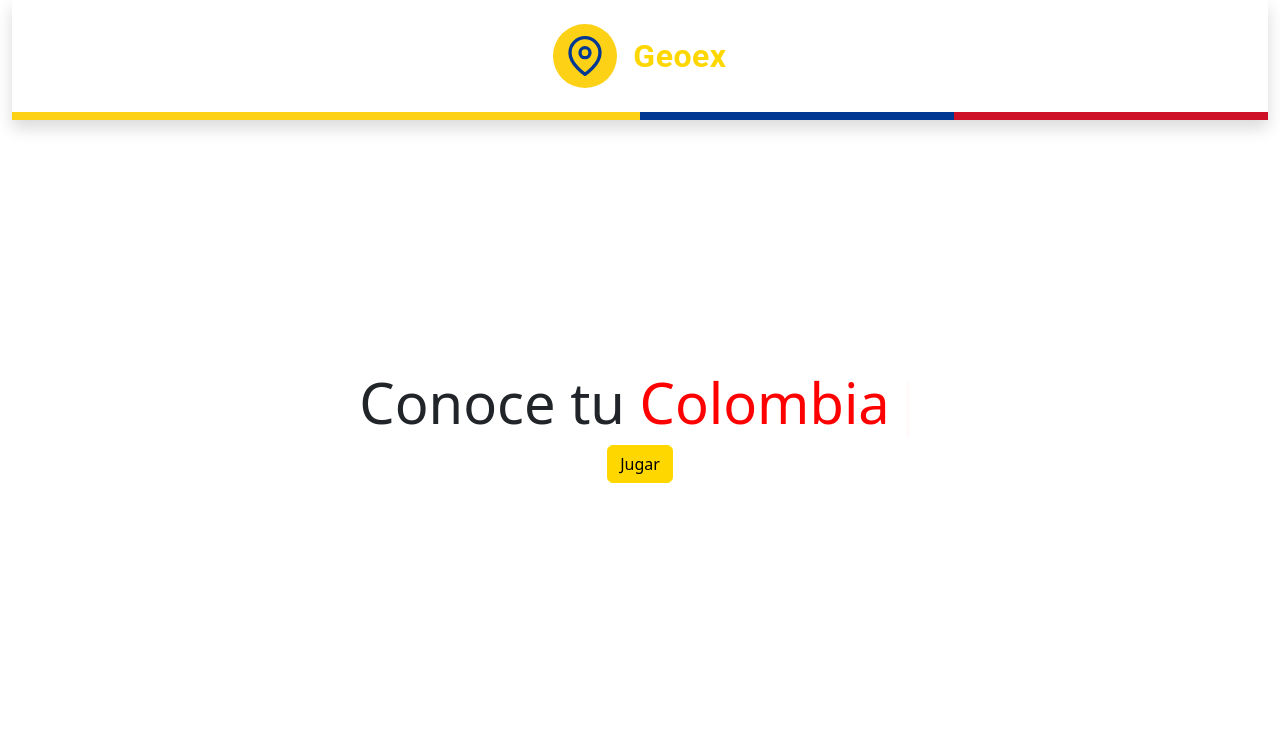
Repository: AngelPalaciosN/GeoEx-colombia
Page: / (app in geoex-colombia/)
The author's editor kept a copy of each file at every save. The page is drawn from the files as they stood at one save, then again after the next save.
The browser window is 1280 px wide. The pictures show the whole page.
The project was rebuilt for these pictures with package versions that can differ from the ones it lists, and the page was loaded fresh each time. Also part of the build but not shown: geoex-colombia/src/scss/mapa.scss, geoex-colombia/src/components/modules/mapa.jsx.

Above is the page before, as saved 2024-10-10 17:24:46.

### geoex-colombia/public/index.html
<!DOCTYPE html>
<html lang="en">
  <head>
    <meta charset="utf-8" />
    <meta name="viewport" content="width=device-width, initial-scale=1" />
    <meta
      name="description"
      content="Web site created using create-react-app"
    />
    <link rel="apple-touch-icon" href="%PUBLIC_URL%/logo192.png" />
    <!--
      manifest.json provides metadata used when your web app is installed on a
      user's mobile device or desktop. See https://developers.google.com/web/fundamentals/web-app-manifest/
    -->
    <link rel="manifest" href="%PUBLIC_URL%/manifest.json" />
    <!--
      Notice the use of %PUBLIC_URL% in the tags above.
      It will be replaced with the URL of the `public` folder during the build.
      Only files inside the `public` folder can be referenced from the HTML.

      Unlike "/favicon.ico" or "favicon.ico", "%PUBLIC_URL%/favicon.ico" will
      work correctly both with client-side routing and a non-root public URL.
      Learn how to configure a non-root public URL by running `npm run build`.
    -->
    <title>GeoEx-Colombia</title>
  </head>
  <body>
    <noscript>You need to enable JavaScript to run this app.</noscript>
    <div id="root"></div>
    <!--
      This HTML file is a template.
      If you open it directly in the browser, you will see an empty page.

      You can add webfonts, meta tags, or analytics to this file.
      The build step will place the bundled scripts into the <body> tag.

      To begin the development, run `npm start` or `yarn start`.
      To create a production bundle, use `npm run build` or `yarn build`.
    -->
  </body>
</html>

### geoex-colombia/src/index.js
import React from 'react';
import ReactDOM from 'react-dom/client';
import 'bootstrap/dist/js/bootstrap.bundle.min';
import './scss/style.scss';
import App from './App';


const root = ReactDOM.createRoot(document.getElementById('root'));
root.render(
  <React.StrictMode>
    <App />
  </React.StrictMode>
);

### geoex-colombia/src/scss/style.scss
$primary: #FFD700;
$secondary: #0033A0;
$danger: #CE1126;

@import "~bootstrap/scss/bootstrap";
@import 'responsive';

### geoex-colombia/src/App.js
import React from 'react';
import { BrowserRouter as Router, Routes, Route, Navigate } from 'react-router-dom';
import Home from './components/Home';

function App() {
  return (
    <Router>
      <Routes>
        <Route path="/Inicio" element={<Home />} />
        <Route path="*" element={<Navigate to="/Inicio" />} />
      </Routes>
    </Router>
  );
}

export default App;

### geoex-colombia/src/scss/_responsive.scss
$scroll-o: $primary;
$scroll-i: $secondary;
body{
    display: grid;
    padding: 0;
    margin: 0;
    box-sizing: border-box;
    grid-template-columns: repeat(1, 2fr);
    grid-template-rows: repeat(1, 2fr);

    &::-webkit-scrollbar{
      width: 0.5rem;
    }
    &::-webkit-scrollbar-track {
      background: $scroll-i;
  }
    &::-webkit-scrollbar-thumb{
      background-color: $scroll-o;
      border-radius: 0.5rem;
    }
  }


  section {
    display: flex;
    align-items: center;
    justify-content: space-between;
    text-align: center;
    flex-wrap: wrap;
    margin: auto;
    height: 85vh;
  }

### geoex-colombia/src/components/Home.jsx
import React from 'react';
import Header from './modules/Header';
import Sec1 from './modules/Sec1';

function Home() {
  return (
    <div class="container-fluid">
      <Header />
      <Sec1 />
    </div>
  );
}

export default Home;

### geoex-colombia/src/components/modules/Header.jsx
import React from 'react';
import '../../scss/header.scss';

function Header() {
  return (
    <header id='con' className="bg-white shadow" style={{ fontFamily: "'Roboto', sans-serif" }}>
      <div className="container py-4">
        <div className="row justify-content-center align-items-center">
          <div className="col-auto d-flex align-items-center">
            <div className="rounded-circle d-flex justify-content-center align-items-center" style={{ width: '64px', height: '64px', backgroundColor: '#FCD116' }}>
              <svg
                xmlns="http://www.w3.org/2000/svg"
                viewBox="0 0 24 24"
                fill="none"
                stroke="#003893"
                strokeWidth="2"
                strokeLinecap="round"
                strokeLinejoin="round"
                style={{ width: '40px', height: '40px' }}
              >
                <path d="M21 10c0 7-9 13-9 13s-9-6-9-13a9 9 0 0 1 18 0z" />
                <circle cx="12" cy="10" r="3" />
              </svg>
            </div>
            <span className="h2 mb-0 ms-3 fw-bold text-primary" style={{ letterSpacing: '0.5px' }}>Geoex</span>
          </div>
        </div>
      </div>
      <div className="d-flex" style={{ height: '8px' }}>
        <div className="w-50" style={{ backgroundColor: '#FCD116' }}></div>
        <div className="w-25" style={{ backgroundColor: '#003893' }}></div>
        <div className="w-25" style={{ backgroundColor: '#CE1126' }}></div>
      </div>
    </header>
      );
}

export default Header;

### geoex-colombia/src/components/modules/Sec1.jsx
import React from 'react';
import { useTypewriter, Cursor } from 'react-simple-typewriter';
import Mapa from './mapa';
import '../../scss/mapa.scss'

function Sec1() {
  const [isMapV, setMapV] = React.useState(false);

  const handleOpenMap = () => {
    setMapV(true);
  };


  const [text] = useTypewriter({
    words: ['territorio', 'país', 'Colombia'],
    loop: true,
    typeSpeed: 100,
    deleteSpeed: 50,
    delaySpeed: 1000,
  });

  const getColor = (word) => {
    if (word.includes('territorio')) {
      return 'yellow';
    } else if (word.includes('país')) {
      return 'blue';
    } else if (word.includes('Colombia')) {
      return 'red';
    } else {
      return 'black';
    }
  };

  return (
    <section id='sec1' className="py-5">
      <div className="container">
        <div className="row">
          <div className="col-12 text-center">
            <h1 className="display-4">
              Conoce tu{' '}
              <span style={{ color: getColor(text) }}>
                {text}
                <Cursor />
              </span>
            </h1>
            {isMapV && (
            <div className="MapaV">
              <Mapa />
            </div>
            )}
            <button className='btn btn-primary' onClick={handleOpenMap}>Jugar</button>
          </div>
        </div>
      </div>
    </section>
  );
}

export default Sec1;

### geoex-colombia/src/scss/header.scss
#con {
    width: 100% !important;
  }

After the next save:
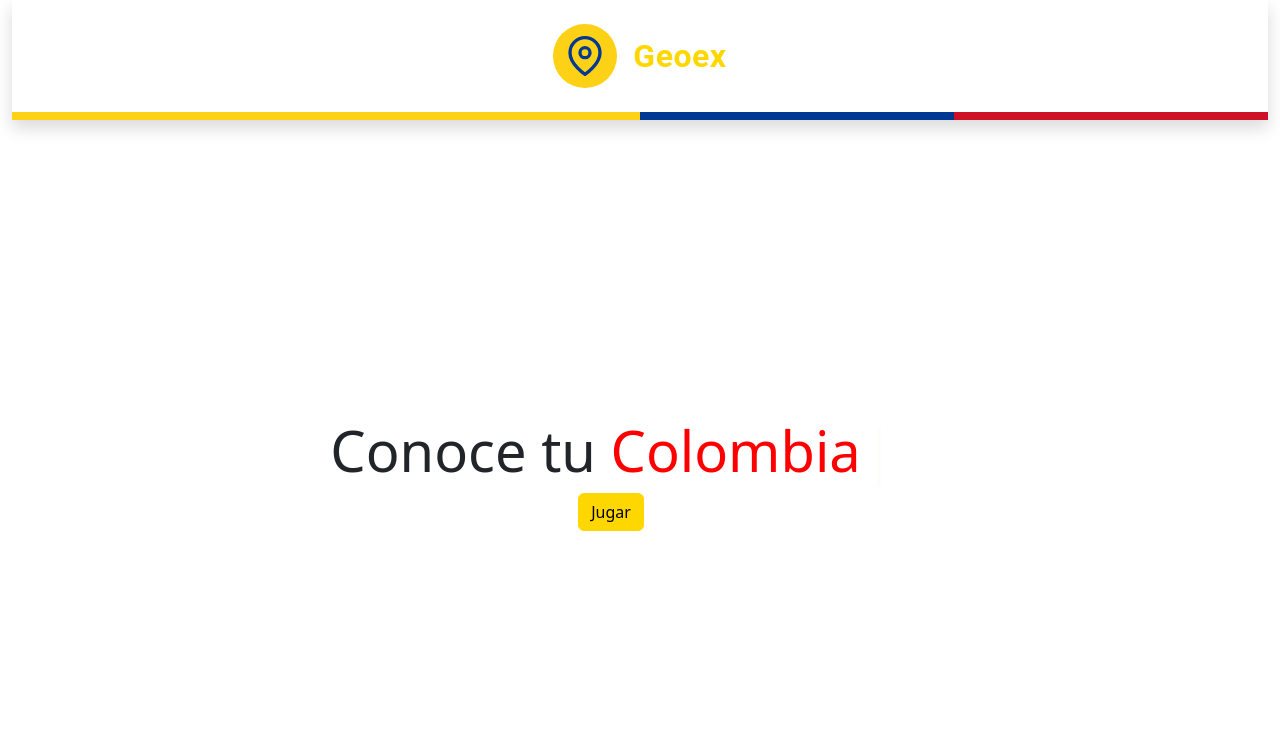
Saved 4 min 32 s later.
--- a/geoex-colombia/src/components/modules/Sec1.jsx
+++ b/geoex-colombia/src/components/modules/Sec1.jsx
@@ -43,15 +43,18 @@
                 <Cursor />
               </span>
             </h1>
-            {isMapV && (
+            <button className='btn btn-primary' onClick={handleOpenMap}>Jugar</button>
+          </div>
+        </div>
+      </div>
+
+      <section>
+      {isMapV && (
             <div className="MapaV">
               <Mapa />
             </div>
             )}
-            <button className='btn btn-primary' onClick={handleOpenMap}>Jugar</button>
-          </div>
-        </div>
-      </div>
+      </section>
     </section>
   );
 }
